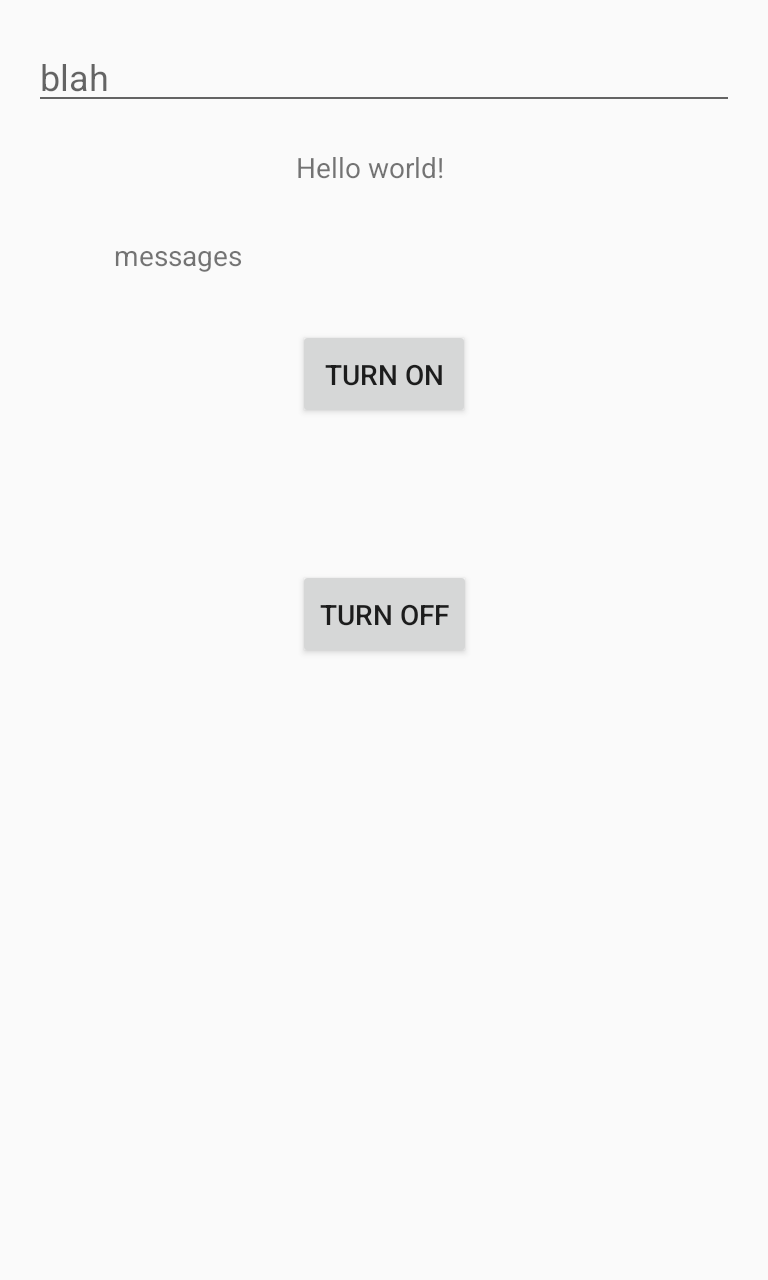
Repository: pgao/idd_hw5
Layout: hw5_android/res/layout/activity_main.xml
These files come from the project's save history. The layout is drawn as it stood at one moment and after the next save; the edit follows.
It is drawn on a 768 x 1280 px phone screen (xhdpi) without system bars, with theme AppTheme; the app's code is not run.

Above is the layout before, as saved 2014-11-06 06:14:03.

After the next save:
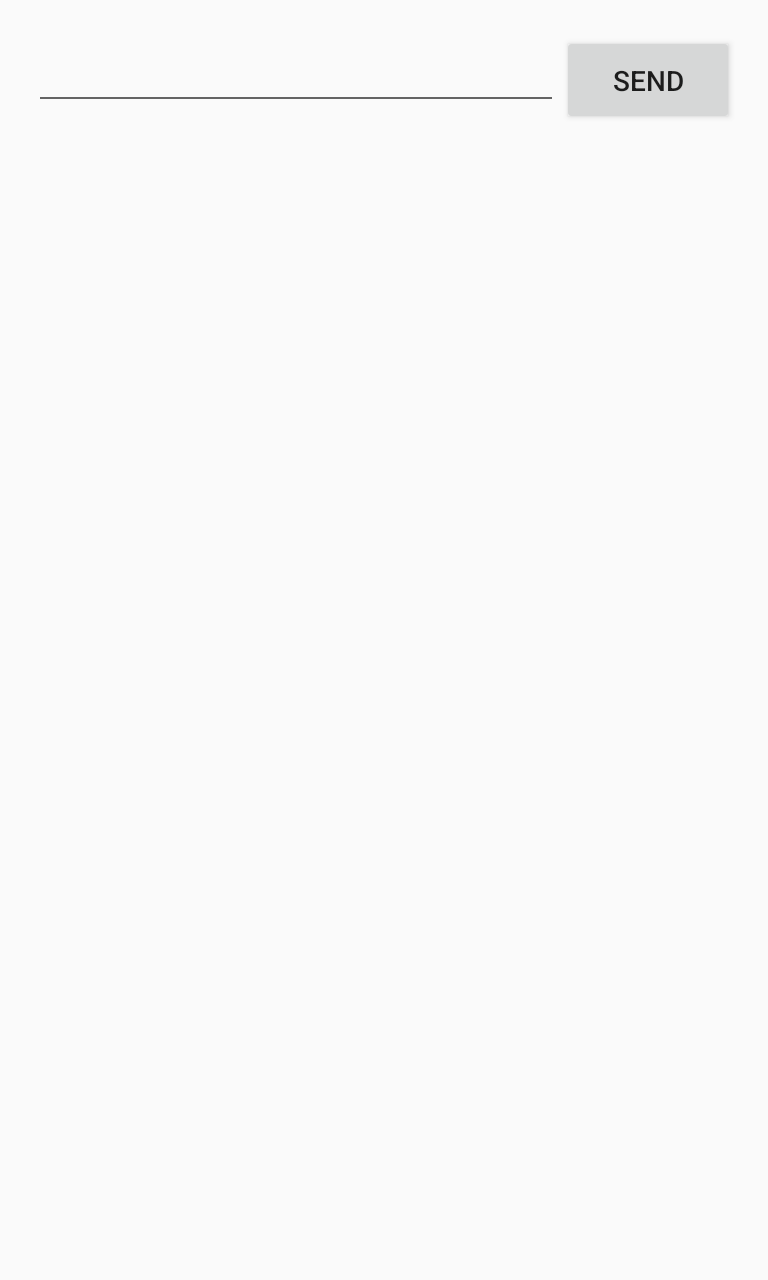
Saved 6 min 25 s later.
--- a/hw5_android/res/layout/activity_main.xml
+++ b/hw5_android/res/layout/activity_main.xml
@@ -9,47 +9,33 @@
     tools:context="com.example.hw5_android.MainActivity" >
 
     <Button
-        android:id="@+id/btnOff"
+        android:id="@+id/send"
         android:layout_width="wrap_content"
         android:layout_height="wrap_content"
-        android:layout_alignLeft="@+id/btnOn"
-        android:layout_below="@+id/btnOn"
-        android:layout_marginTop="72dp"
-        android:text="Turn Off" />
+        android:layout_alignParentRight="true"
+        android:layout_alignParentTop="true"
+        android:text="Send"
+        android:onClick="sendClick"/>
 
-    <Button
-        android:id="@+id/btnOn"
+    <EditText
+        android:id="@+id/input"
         android:layout_width="wrap_content"
         android:layout_height="wrap_content"
-        android:layout_below="@+id/txtArduino"
-        android:layout_centerHorizontal="true"
-        android:layout_marginTop="70dp"
-        android:text="Turn On" />
+        android:layout_toLeftOf="@id/send"
+        android:layout_alignParentTop="true"
+        android:layout_alignParentLeft="true"/>
 
-    <TextView
-        android:id="@+id/txtArduino"
-        android:layout_width="wrap_content"
+    <ScrollView
+        android:layout_width="match_parent"
         android:layout_height="wrap_content"
-        android:layout_alignLeft="@+id/btnOn"
-        android:layout_alignParentTop="true"
-        android:layout_marginTop="58dp"
-        android:text="@string/hello_world" />
+        android:layout_below="@id/send"
+        android:layout_alignParentBottom="true">
 
-    <TextView
-        android:id="@+id/messages"
-        android:layout_width="wrap_content"
-        android:layout_height="wrap_content"
-        android:layout_below="@+id/txtArduino"
-        android:layout_marginRight="27dp"
-        android:layout_marginTop="25dp"
-        android:layout_toLeftOf="@+id/txtArduino"
-        android:text="messages" />
+        <TextView
+            android:id="@+id/messages"
+            android:layout_width="match_parent"
+            android:layout_height="wrap_content" />
 
-    <EditText
-	    android:id="@+id/input"
-	    android:layout_width="fill_parent"
-	    android:layout_height="wrap_content"
-	    android:hint="blah"
-	    android:inputType="text" />
+    </ScrollView>
 
 </RelativeLayout>
